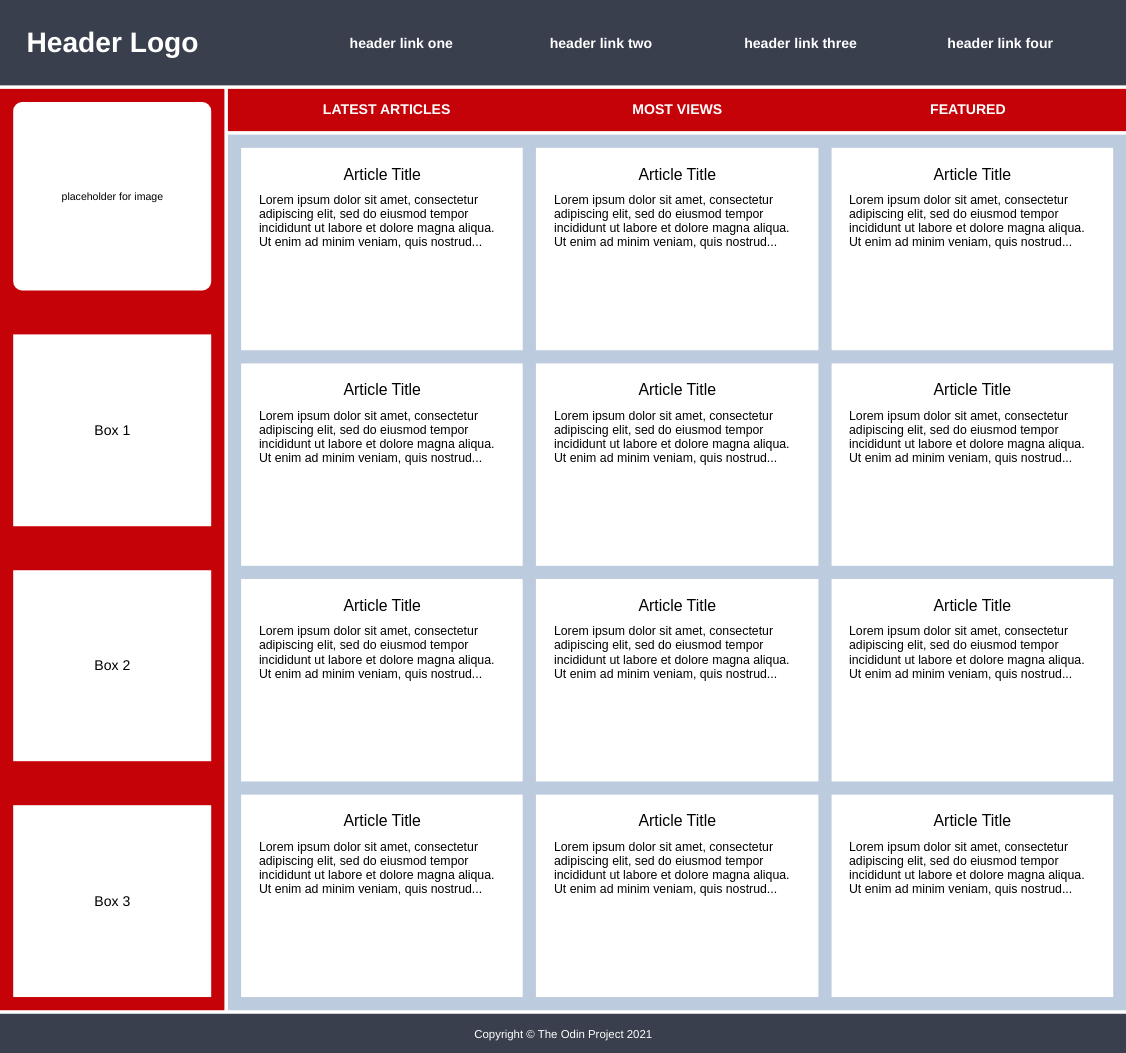
Repository: gkintu/css-exercises
Page: intermediate-html-css/advanced-grid/02-holy-grail-mockup/index.html
The author's editor kept a copy of each file at every save. The page is drawn from the files as they stood at one save, then again after the next save.
The browser window is 1280 px wide. The pictures show the whole page, at 88% of full size.

Above is the page before, as saved 2025-03-04 11:45:06.

After the next save:
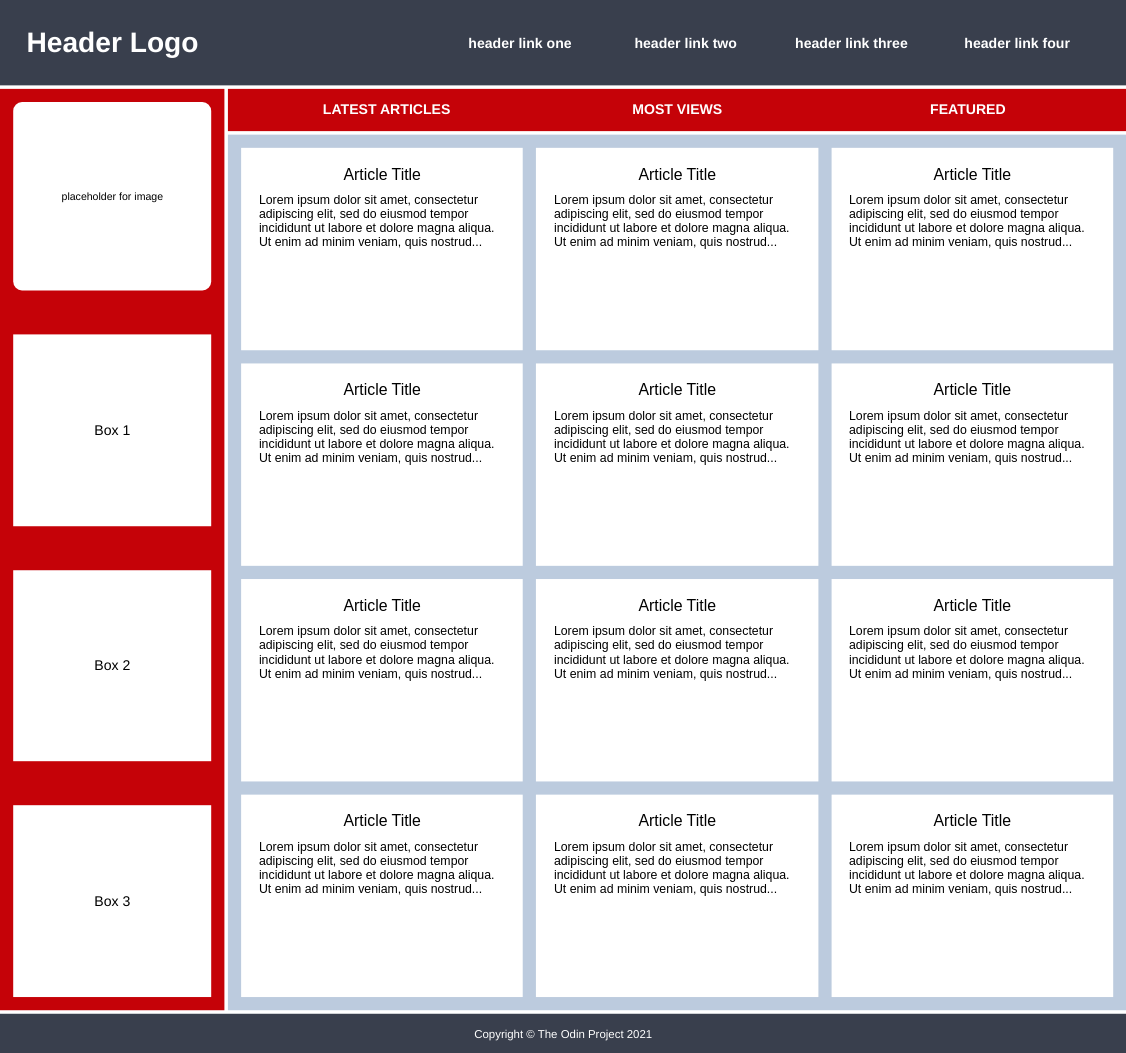
Saved 4 min 54 s later.
--- a/intermediate-html-css/advanced-grid/02-holy-grail-mockup/style.css
+++ b/intermediate-html-css/advanced-grid/02-holy-grail-mockup/style.css
@@ -23,7 +23,7 @@
   background-color: #393f4d;
   display: grid;
   grid-column: 1 / 3;
-  grid-template-columns: 1fr 3fr;
+
   align-items: center;
 
 }
